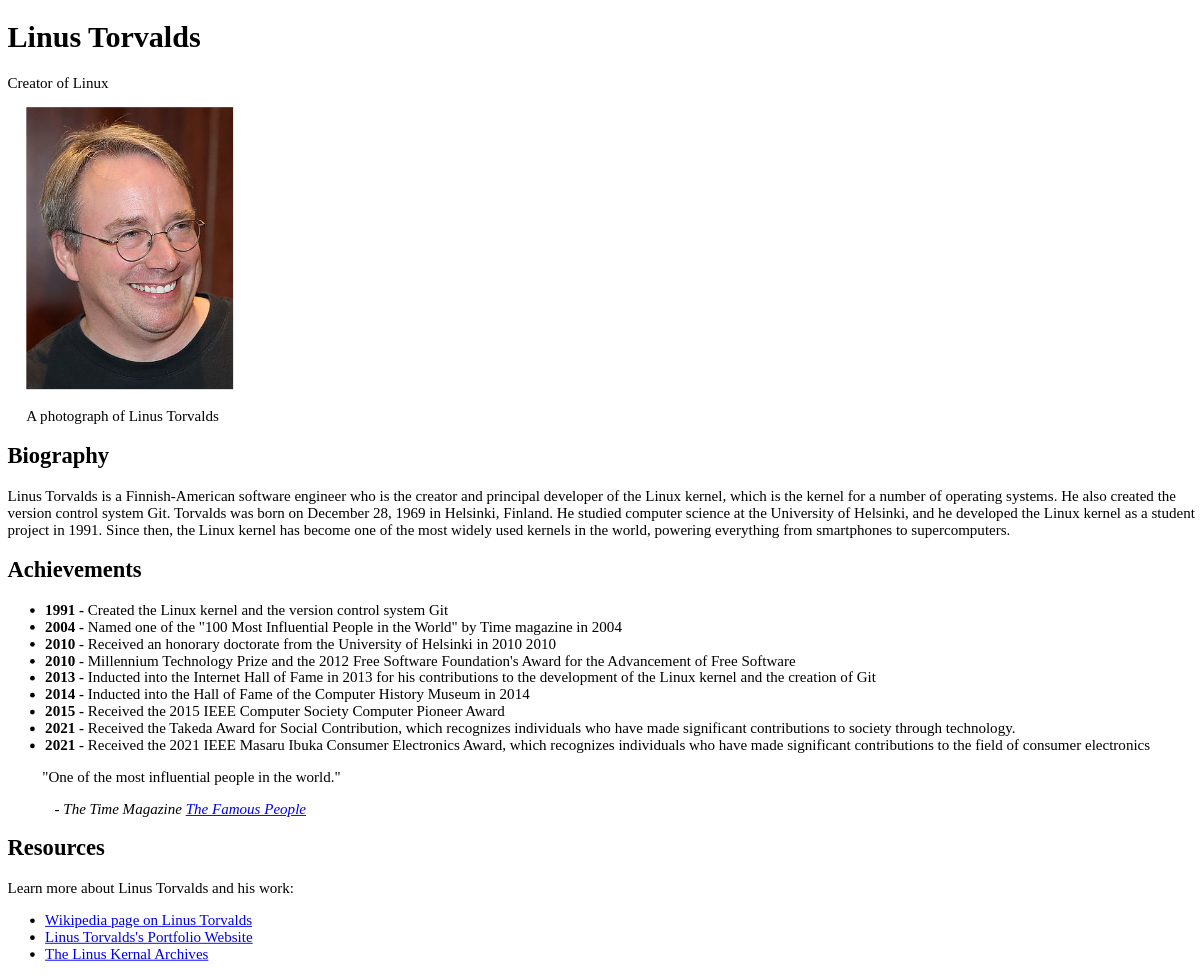
Repository: shoaib-1729/Web-Dev-Course_Dot-Batch_Love-Babbar
Page: 02_HTML Session Basics-to-Pro Level/03_HTML-Basics-Session-III/03_Code-Practice-Session-3/portfolio.html
These files come from the project's save history. The page is drawn as it stood at one moment and after the next save; the edit follows.
The browser window is 1280 px wide. The pictures show the whole page, at 94% of full size.

Above is the page before, as saved 2023-07-29 15:51:52.

### 02_HTML Session Basics-to-Pro Level/03_HTML-Basics-Session-III/03_Code-Practice-Session-3/portfolio.html
<!DOCTYPE html>
<html lang="en">

<head>
    <meta charset="UTF-8">
    <meta name="viewport" content="width=device-width, initial-scale=1.0">
    <title>Portfolio </title>
</head>

<body>
    <!-- Intro Image Section -->
    <h1>Linus Torvalds</h1>
    <p>Creator of Linux</p>

    <div style="margin-left:20px">

        <img src="images/Linus-Torvalds.jpeg" alt="Linus-Torvalds-Image" height="300px">
        <p>A photograph of Linus Torvalds</p>

    </div>

    <!-- Biography Section -->
    <h2>Biography</h2>
    <p>Linus Torvalds is a Finnish-American software engineer who is the creator and principal developer of the Linux kernel, which is the kernel for a number of operating systems. He also created the version control system Git. Torvalds was born on December
        28, 1969 in Helsinki, Finland. He studied computer science at the University of Helsinki, and he developed the Linux kernel as a student project in 1991. Since then, the Linux kernel has become one of the most widely used kernels in the world,
        powering everything from smartphones to supercomputers.
    </p>

    <!-- Achievements Section -->
    <h2>Achievements</h2>
    <ul>
        <li>
            <b>1991 - </b>Created the Linux kernel and the version control system Git
        </li>

        <li>
            <b>2004 - </b>Named one of the "100 Most Influential People in the World" by Time magazine in 2004
        </li>

        <li>
            <b>2010 - </b>Received an honorary doctorate from the University of Helsinki in 2010 2010
        </li>

        <li>
            <b>2010 - </b>Millennium Technology Prize and the 2012 Free Software Foundation's Award for the Advancement of Free Software
        </li>

        <li>
            <b>2013 - </b>Inducted into the Internet Hall of Fame in 2013 for his contributions to the development of the Linux kernel and the creation of Git
        </li>

        <li>
            <b>2014 - </b>Inducted into the Hall of Fame of the Computer History Museum in 2014
        </li>

        <li>
            <b>2015 - </b>Received the 2015 IEEE Computer Society Computer Pioneer Award
        </li>

        <li>
            <b>2021 - </b>Received the Takeda Award for Social Contribution, which recognizes individuals who have made significant contributions to society through technology.

        </li>

        <li>
            <b>2021 - </b>Received the 2021 IEEE Masaru Ibuka Consumer Electronics Award, which recognizes individuals who have made significant contributions to the field of consumer electronics
        </li>
    </ul>

    <p style="margin-left:37px">"One of the most influential people in the world."</p>
    <i style="margin-left:50px">- The Time Magazine <a href="https://content.time.com/time/specials/packages/article/0,28804,1970858_1970909_1971691,00.html"><i>The Famous People</i></a>
    </i>

    <h2>Resources</h2>
    <p>Learn more about Linus Torvalds and his work:</p>
    <ul>
        <li>
            <a href="https://en.wikipedia.org/wiki/Linus_Torvalds" target="_blank">Wikipedia page on Linus Torvalds</a>
        </li>

        <li>
            <a href="https://github.com/torvalds" target="_blank">Linus Torvalds's Portfolio Website</a>
        </li>



        <li>
            <a href="https://www.kernel.org/" target="_blank">The Linus Kernal Archives</a>
        </li>
    </ul>
</body>

</html>

After the next save:
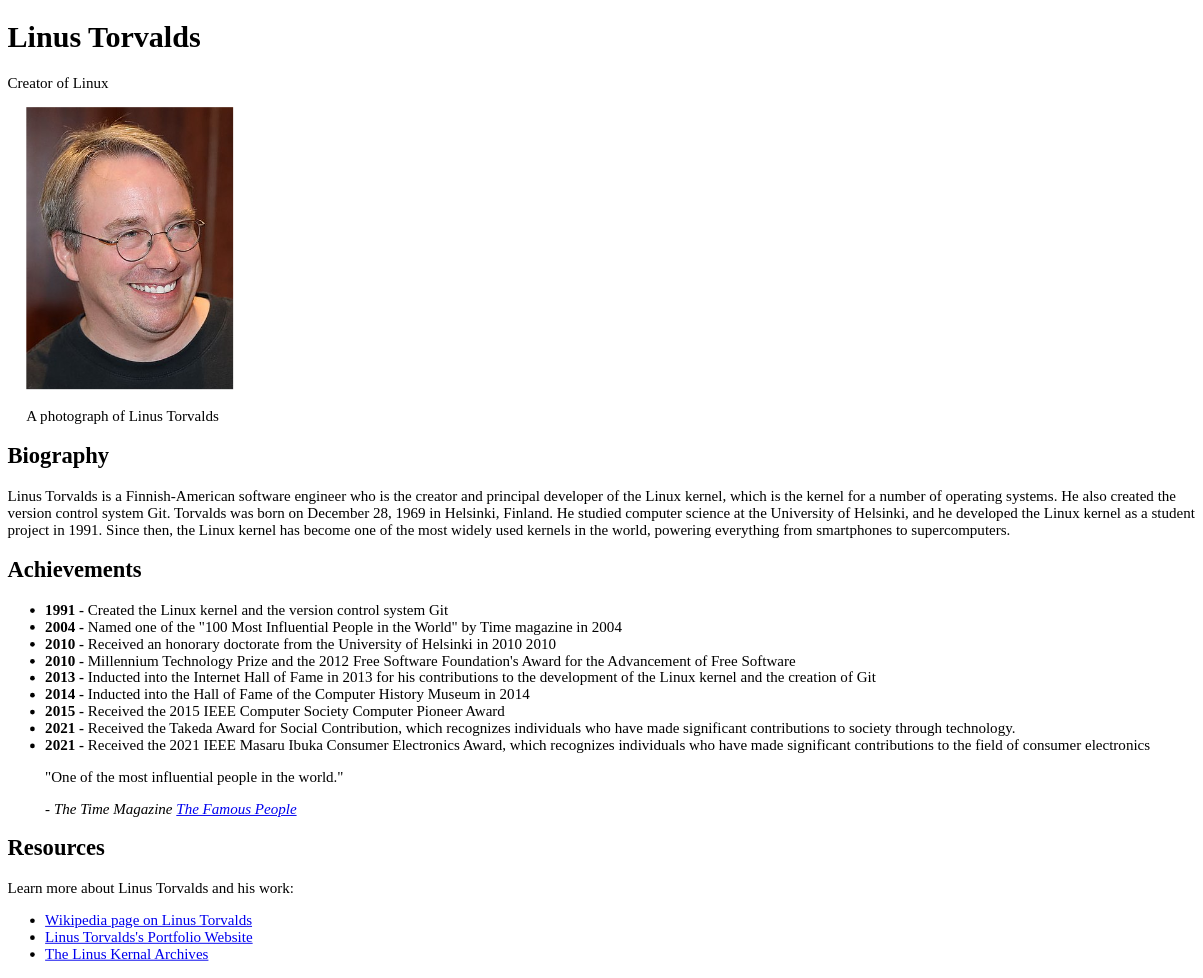
Saved 2 min 26 s later.
--- a/02_HTML Session Basics-to-Pro Level/03_HTML-Basics-Session-III/03_Code-Practice-Session-3/portfolio.html
+++ b/02_HTML Session Basics-to-Pro Level/03_HTML-Basics-Session-III/03_Code-Practice-Session-3/portfolio.html
@@ -67,9 +67,14 @@
         </li>
     </ul>
 
-    <p style="margin-left:37px">"One of the most influential people in the world."</p>
-    <i style="margin-left:50px">- The Time Magazine <a href="https://content.time.com/time/specials/packages/article/0,28804,1970858_1970909_1971691,00.html"><i>The Famous People</i></a>
-    </i>
+    <blockquote>
+
+        <p>"One of the most influential people in the world."</p>
+        <cite>- The Time Magazine <a href="https://content.time.com/time/specials/packages/article/0,28804,1970858_1970909_1971691,00.html">The Famous People</a>
+</i></cite>
+
+    </blockquote>
+
 
     <h2>Resources</h2>
     <p>Learn more about Linus Torvalds and his work:</p>
